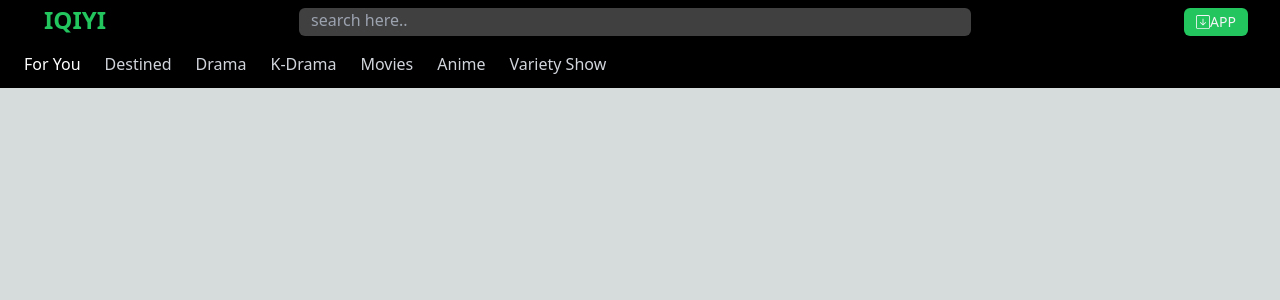
Repository: cozocozy/iqiyi-clone
Page: /
The author's editor kept a copy of each file at every save. The page is drawn from the files as they stood at one save, then again after a run of saves.
The browser window is 1280 px wide. The pictures show the whole page.
The project was rebuilt for these pictures with package versions that can differ from the ones it lists, and the page was loaded fresh each time. The framework's server and built-in components were replaced by stand-ins that run in the browser. Also part of the build but not shown: next.config.js.

Above is the page before, as saved 2023-07-16 10:47:15.

### pages/index.tsx
import Head from "next/head";
import Header from "./components/Header";

export default function Home() {
  return (
    <main>
      <Head>
        <title>IQIYI - watch Asian drama shows anime movie free online</title>
        <meta name="description" content="CLONE OF IQIYI WEBSITE" />
      </Head>
      <Header />
    </main>
  );
}

### styles/globals.css
@tailwind base;
@tailwind components;
@tailwind utilities;

:root {
  --foreground-rgb: 0, 0, 0;
  --background-start-rgb: 214, 219, 220;
  --background-end-rgb: 255, 255, 255;
}

@media (prefers-color-scheme: dark) {
  :root {
    --foreground-rgb: 255, 255, 255;
    --background-start-rgb: 0, 0, 0;
    --background-end-rgb: 0, 0, 0;
  }
}
.container-snap::-webkit-scrollbar {
  display: none;
}

body {
  color: rgb(var(--foreground-rgb));
  background: linear-gradient(to bottom, transparent, rgb(var(--background-end-rgb))) rgb(var(--background-start-rgb));
}

@layer components {
  .pages {
    @apply hover:text-green-500;
  }
}

### pages/components/Header.tsx
import React from "react";
import { BsArrowDownSquare, BsSearch } from "react-icons/bs";
import { AiOutlineMenu } from "react-icons/ai";
import Link from "next/link";
type Props = {};

function Header({}: Props) {
  return (
    <div className="fixed top-0 z-50 bg-black w-full">
      <div className="flex justify-between items-center py-1 ">
        {/* left part */}
        <div className="flex ml-4 mx-3 lg:hidden">
          <AiOutlineMenu size={20} className="mt-2" />
          <h3 className="text-2xl text-green-500 font-bold ml-2 ">IQIYI</h3>
        </div>

        {/* middle part */}
        <div className="flex justify-center items-center w-full mt-1 ">
          <input className="rounded rounded-md bg-neutral-700 w-full max-w-2xl pl-3 pb-1" placeholder="search here.." autoComplete="off"></input>
          <button className="">
            <BsSearch />
          </button>
        </div>

        {/* right part */}
        <button className="flex flex-row mr-8 p-3 mt-1 rounded rounded-md h-7 justify-between mx-4 bg-green-500 text-gray-100 items-center">
          <div className="">
            <BsArrowDownSquare size={14} />
          </div>
          <p className="text-sm">APP</p>
        </button>
      </div>
      <div className="flex flex-row  p-3 overflow-x-auto container-snap whitespace-nowrap space-x-6 ml-3 text-gray-300">
        <Link href="#" className="text-white pages">
          For You
        </Link>
        <Link href="#" className=" pages">
          Destined
        </Link>
        <Link href="#" className=" pages">
          Drama
        </Link>
        <Link href="#" className=" pages">
          K-Drama
        </Link>
        <Link href="#" className=" pages">
          Movies
        </Link>
        <Link href="#" className=" pages">
          Anime
        </Link>
        <Link href="#" className=" pages">
          Variety Show
        </Link>
      </div>
    </div>
  );
}

export default Header;

### tailwind.config.js
/** @type {import('tailwindcss').Config} */
module.exports = {
  content: ["./pages/**/*.{js,ts,jsx,tsx,mdx}", "./components/**/*.{js,ts,jsx,tsx,mdx}", "./app/**/*.{js,ts,jsx,tsx,mdx}"],
  theme: {
    extend: {
      backgroundImage: {
        "gradient-radial": "radial-gradient(var(--tw-gradient-stops))",
        "gradient-conic": "conic-gradient(from 180deg at 50% 50%, var(--tw-gradient-stops))",
      },
    },
    screens: {
      tablet: "<-640px",
      // => @media (min-width: 640px) { ... }

      laptop: "1024px",
      // => @media (min-width: 1024px) { ... }

      desktop: "1280px",
      // => @media (min-width: 1280px) { ... }
    },
  },
  plugins: [],
};

Loaded but not shown: pages/_app.tsx (common file); pages/_document.tsx (common file)

After the next 2 saves:
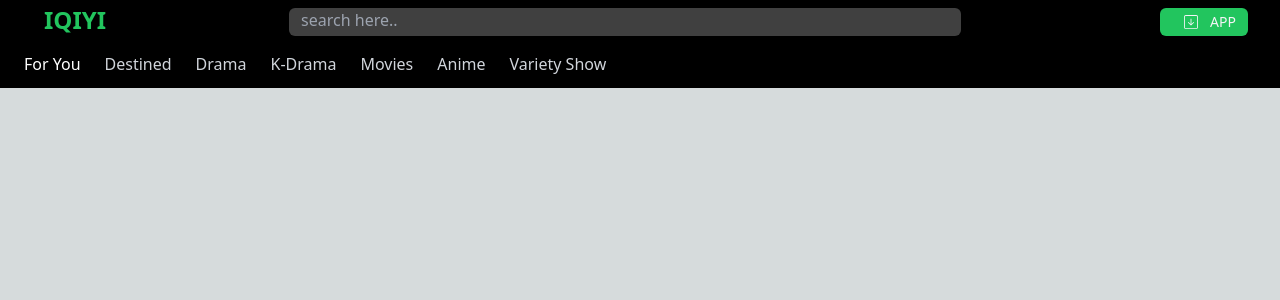
The 2 saves are shown as one change because they came seconds apart.
The last was saved 7 s later.
--- a/pages/components/Header.tsx
+++ b/pages/components/Header.tsx
@@ -23,8 +23,8 @@
         </div>
 
         {/* right part */}
-        <button className="flex flex-row mr-8 p-3 mt-1 rounded rounded-md h-7 justify-between mx-4 bg-green-500 text-gray-100 items-center">
-          <div className="">
+        <button className="flex flex-row mr-8 p-3 mt-1 rounded rounded-md h-7 justify-between mx-3 bg-green-500 text-gray-100 items-center">
+          <div className="mx-3">
             <BsArrowDownSquare size={14} />
           </div>
           <p className="text-sm">APP</p>
